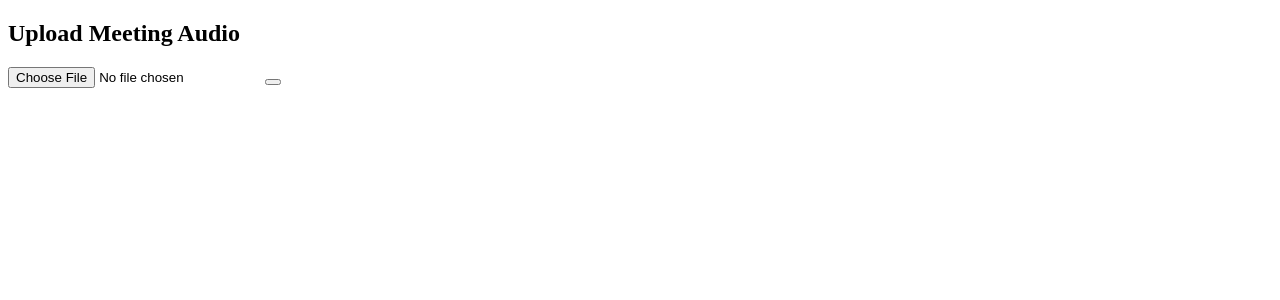
Repository: MujtabaHabib/Voice-AI-Meeting-Assistant
Page: index.html
An editor plug-in stored every save of this project. The page is shown before and after the next save, followed by the edit.
The browser window is 1280 px wide. The pictures show the whole page.

Above is the page before, as saved 2026-02-01 20:53:14.

### index.html
<!DOCTYPE html>
<html lang="en">
<head>
    <meta charset="UTF-8">
    <meta name="viewport" content="width=device-width, initial-scale=1.0">
    <title>Voice AI Agent</title>
</head>
<body>
    <h2>Upload Meeting Audio</h2>

    <input type="file" name="file" id="audioFile">
    <button onclick="send()"></button>

</body>
</html>

After the next save:
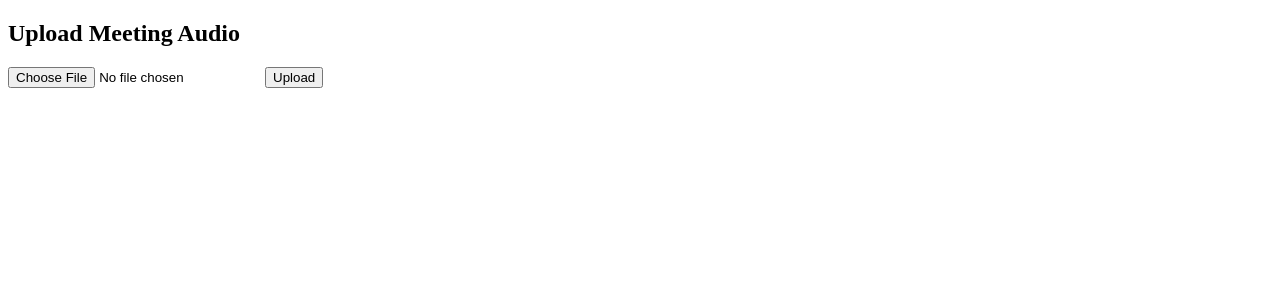
Saved 5 s later.
--- a/index.html
+++ b/index.html
@@ -9,7 +9,7 @@
     <h2>Upload Meeting Audio</h2>
 
     <input type="file" name="file" id="audioFile">
-    <button onclick="send()"></button>
+    <button onclick="send()">Upload</button>
 
 </body>
 </html>
